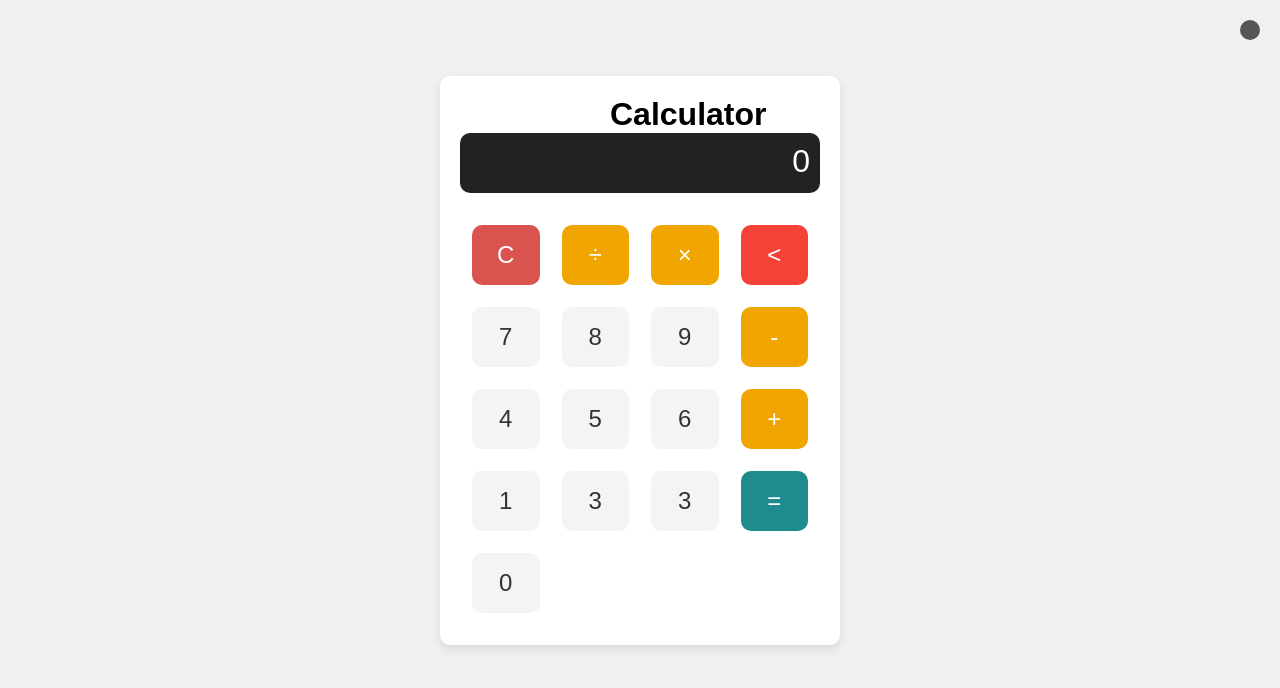
Repository: akhiranandan-04/Calculator
Page: index.html
The author's editor kept a copy of each file at every save. The page is drawn from the files as they stood at one save, then again after the next save.
The browser window is 1280 px wide. The pictures show the whole page.

Above is the page before, as saved 2024-10-09 17:16:58.

After the next save:
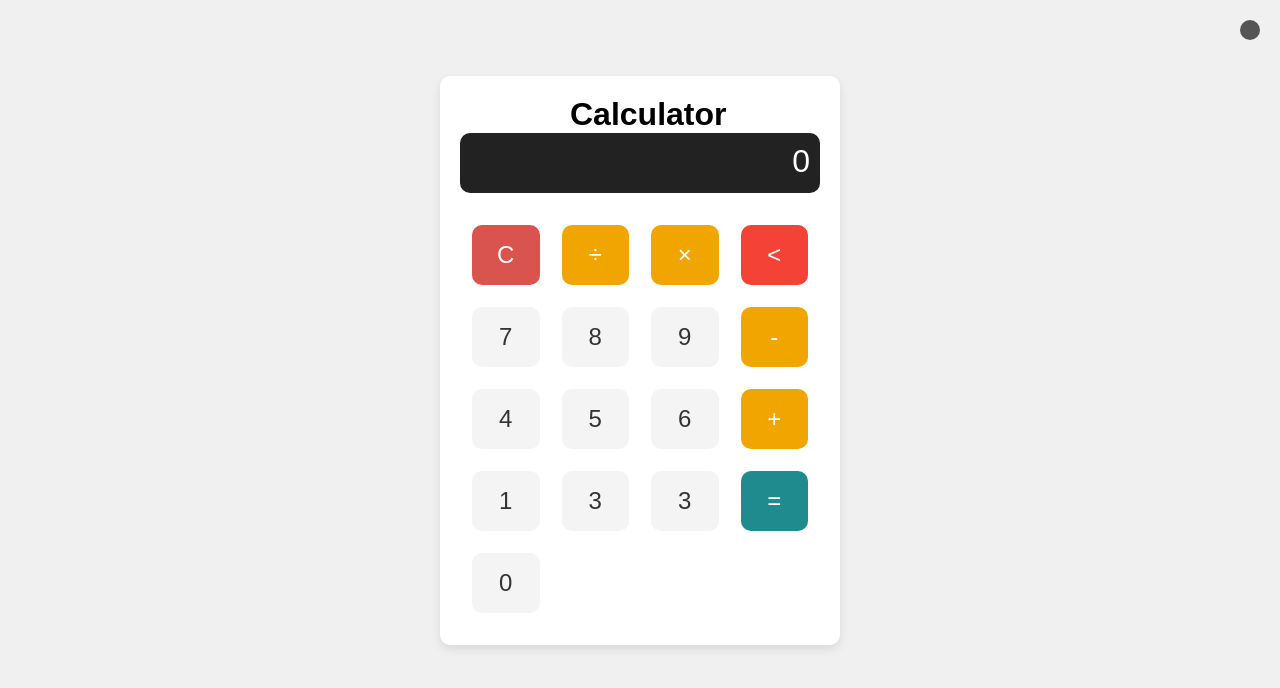
Saved 6 s later.
--- a/style.css
+++ b/style.css
@@ -24,7 +24,7 @@ body {
 h1{
     align-items: center;
     justify-content: center;
-    margin-left: 150px;
+    margin-left: 110px;
 }
 .calculater {
     width: 400px;
